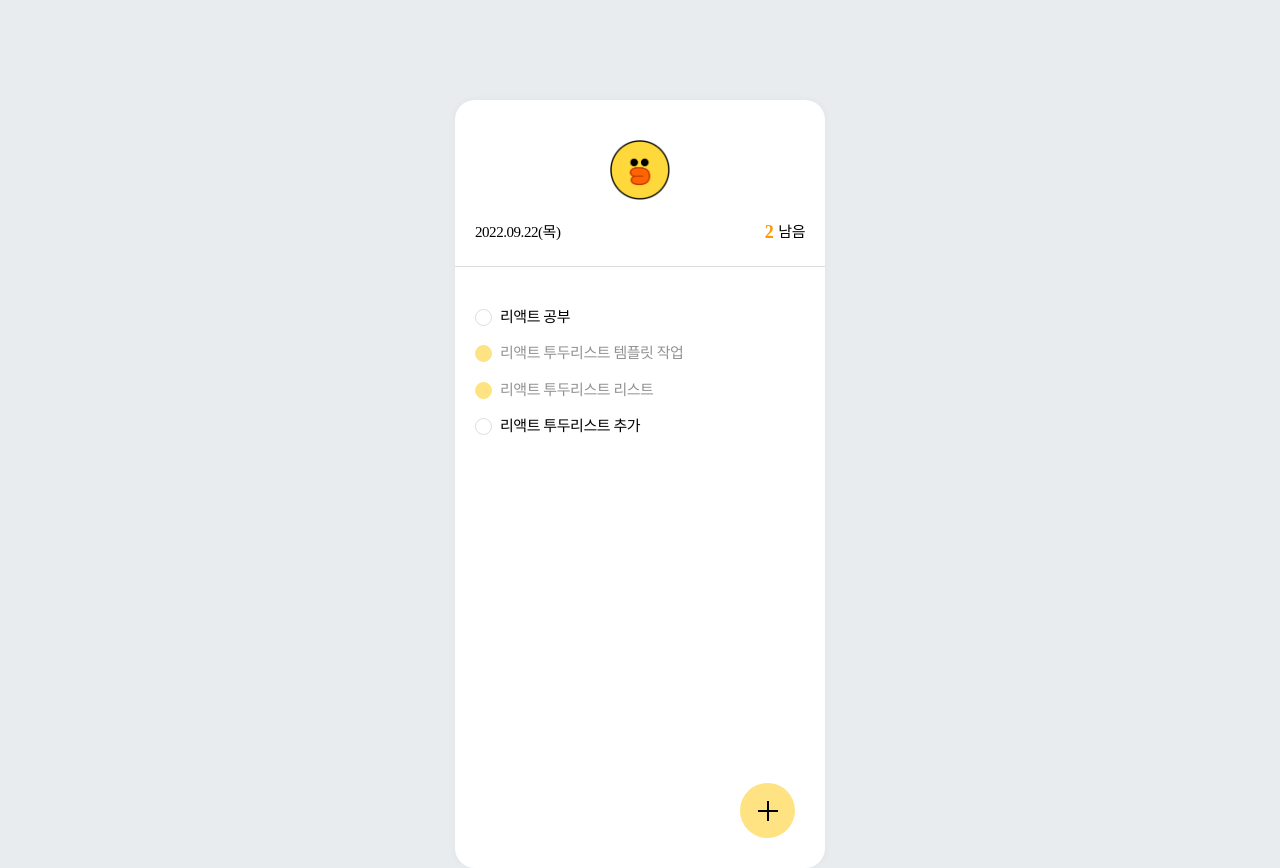
Repository: kwak0630/react-todo
Page: /
These files come from the project's save history. The page is drawn as it stood at one moment and after the next save; the edit follows.
The browser window is 1280 px wide. The pictures show the whole page.
The project was rebuilt for these pictures with package versions that can differ from the ones it lists, and the page was loaded fresh each time.

Above is the page before, as saved 2022-09-22 16:35:22.

After the next save:
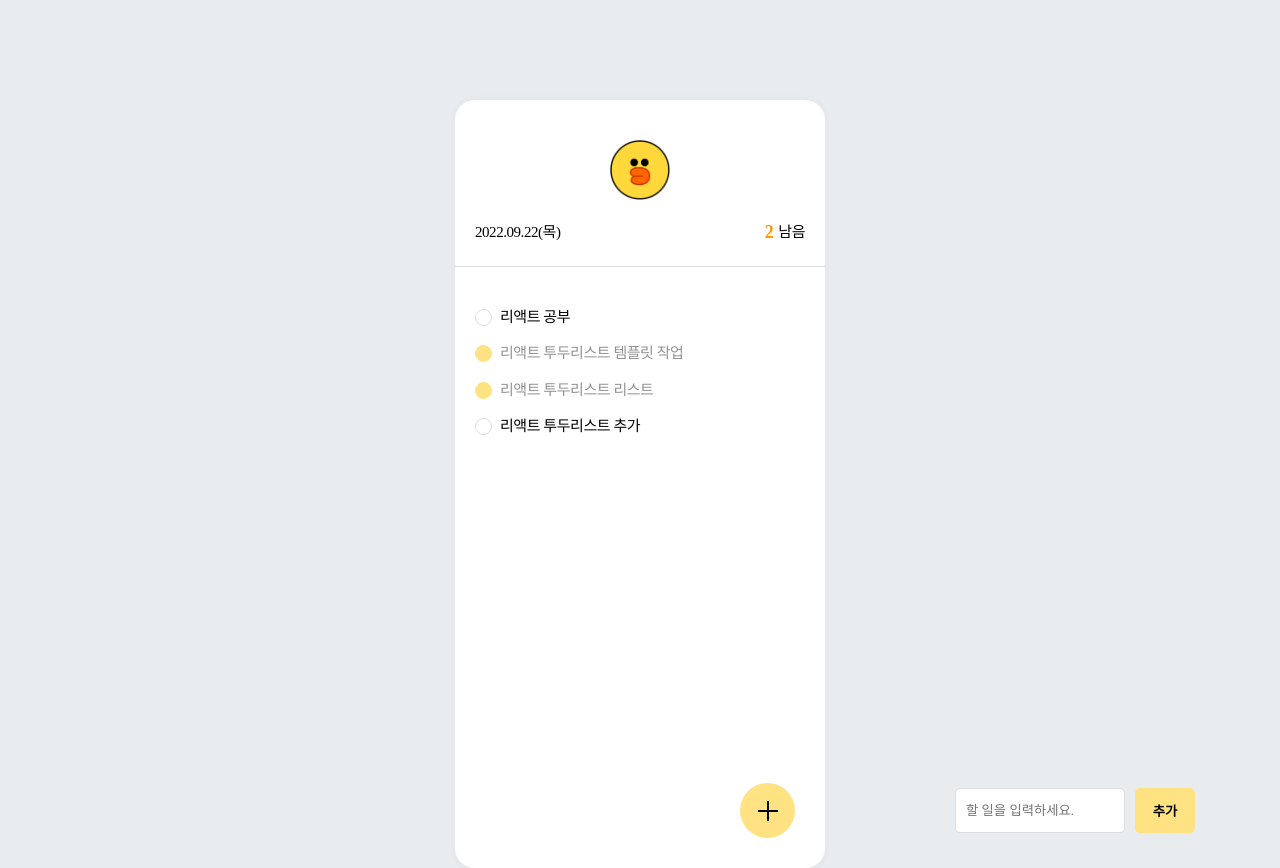
Saved 7 s later.
--- a/src/components/TodoCreate.js
+++ b/src/components/TodoCreate.js
@@ -84,7 +84,7 @@
 
     return (
         <TodoCreateBlock>
-            {open && (
+            {/* {open && ( */}
             <CreateBox open={open}>
                 <input
                     type="text"
@@ -93,7 +93,7 @@
                 />
                 <button type="submit" className='btn-type'>추가</button>
             </CreateBox>
-            )}
+            {/* )} */}
             <CreateBtn onClick={onToggle} open={open}>
                 추가
             </CreateBtn>

After the 2 saves that followed:
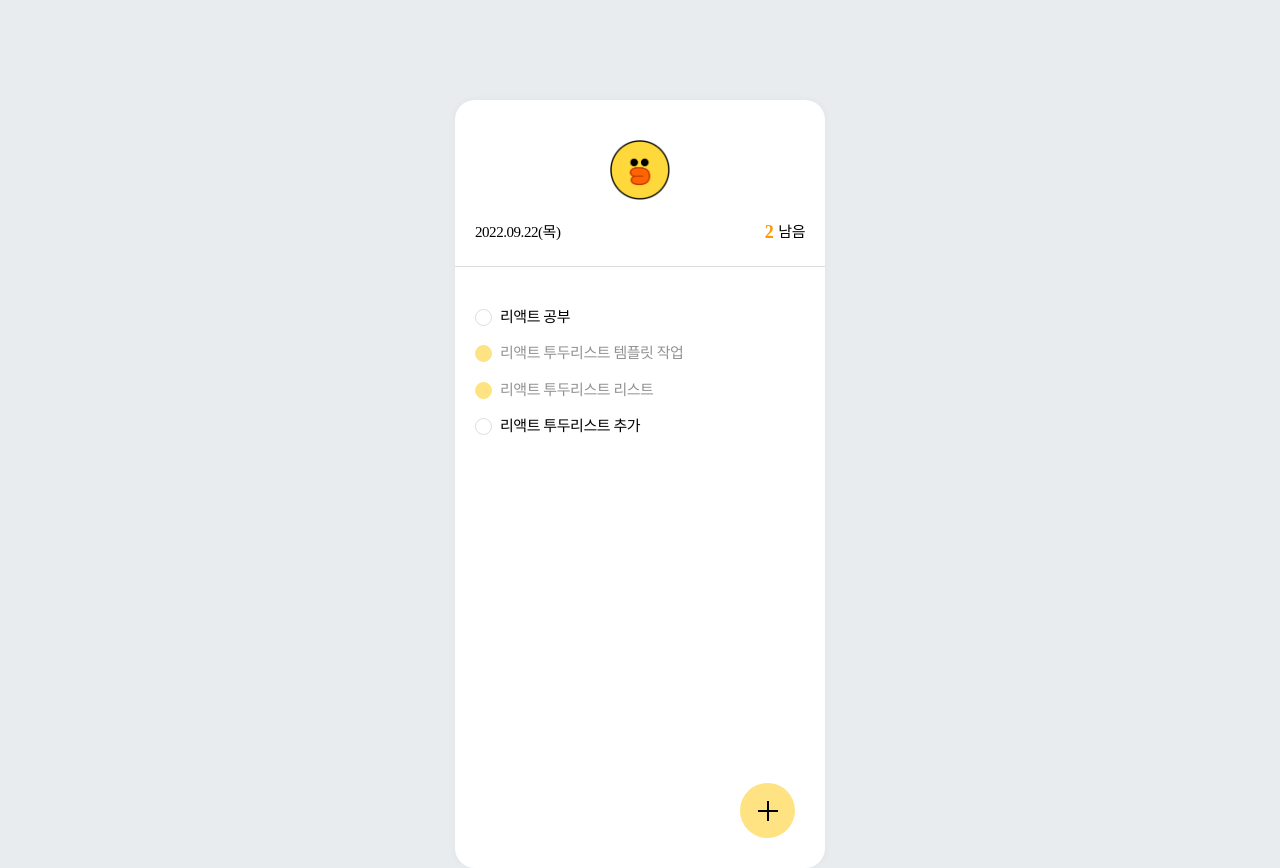
The 2 saves are shown as one change because 1 left the picture as it was.
The last was saved 32 s later.
--- a/src/components/TodoCreate.js
+++ b/src/components/TodoCreate.js
@@ -5,13 +5,13 @@
     // width: 100%;
 `;
 const CreateBox = styled.div`
-
     position: absolute;
     bottom: 35px;
     right: -100%;
     display: flex;
     align-items: center;
-    transition: 0.125s all ease-in;
+    transition: 0.4s all ease-in;
+    opacity: 0;
     .input-text{
         width: 170px;
         height: 45px;
@@ -32,6 +32,7 @@
         props.open &&
         css`
             right: 95px;
+            opacity: 1;
       `}
 `;
 
